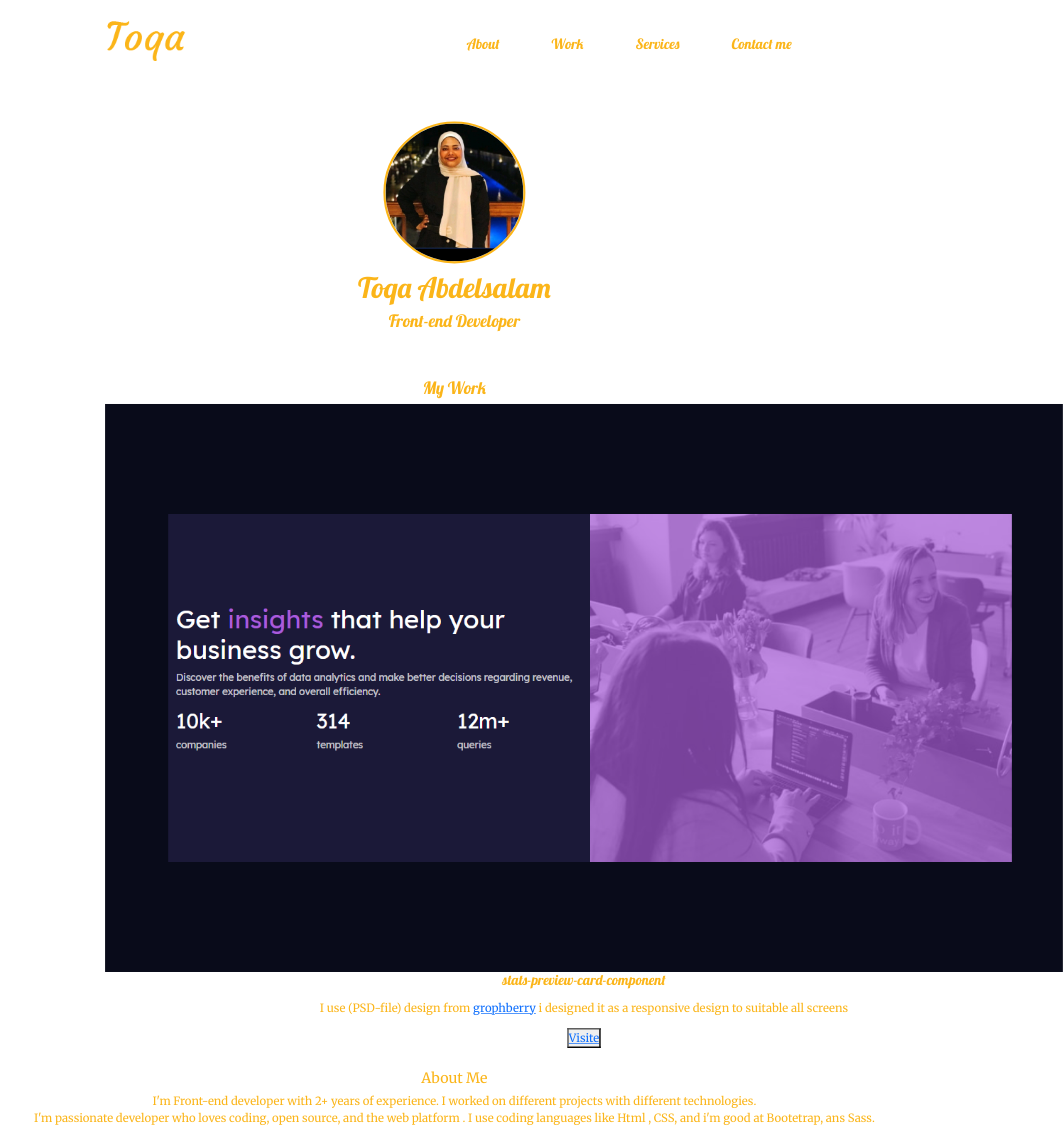
Repository: Toqa-25/portfolio
Page: index.html
The author's editor kept a copy of each file at every save. The page is drawn from the files as they stood at one save, then again after a run of saves.
The browser window is 1280 px wide. The page is 1497 px wide, so the pictures cover 1497 px, including what lies to the right of the window. The pictures show the whole page, at 71% of full size.
Some web fonts or font styles are not loaded; a fallback is used.

Above is the page before, as saved 2021-10-31 18:24:13.

After the next 4 saves:
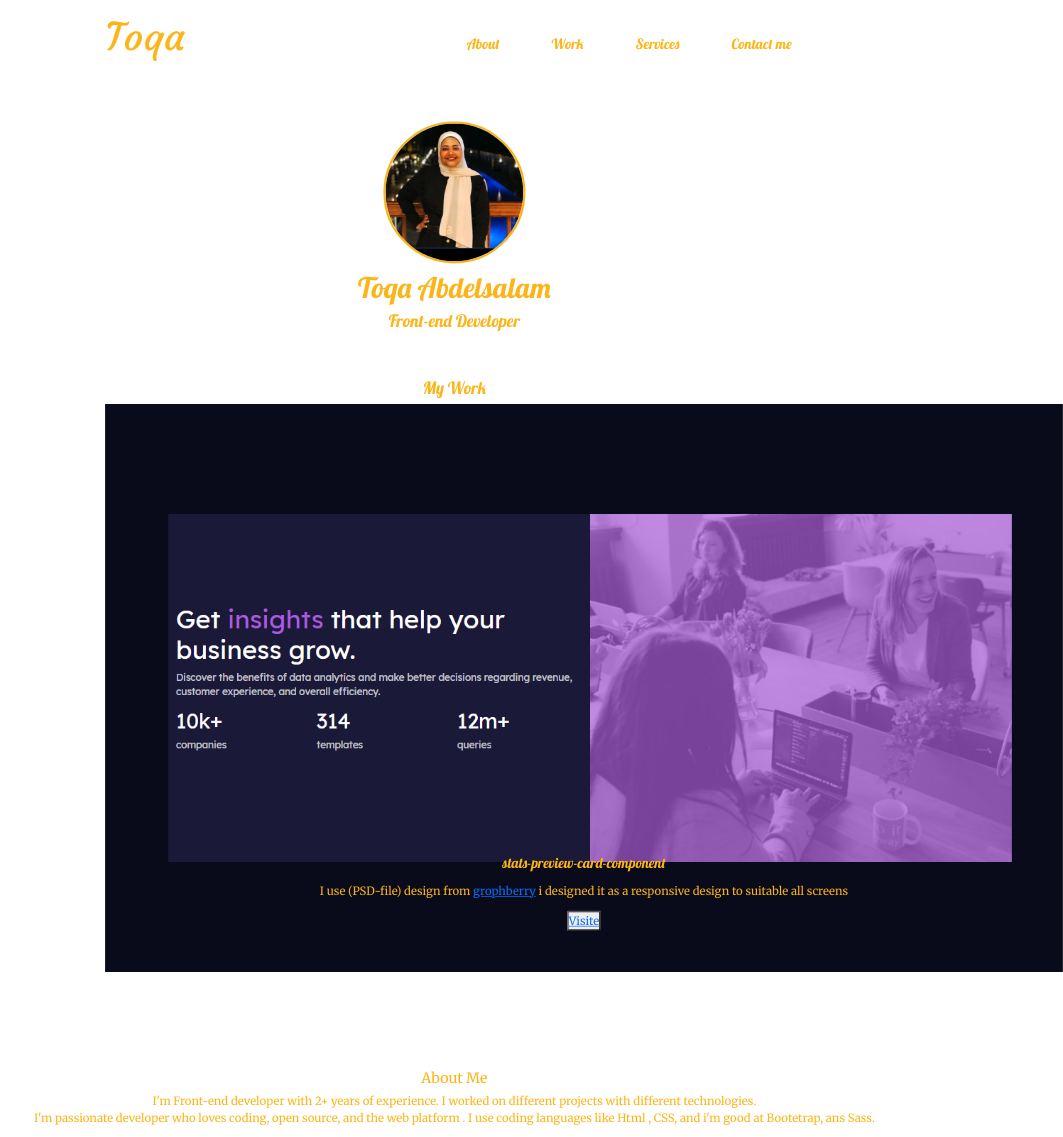
The 4 saves are shown as one change because they came seconds apart.
The last was saved 19 s later.
--- a/css/style.css
+++ b/css/style.css
@@ -158,8 +158,8 @@ body{
 
  }
  .card-img{
-     width:100%
-     he
+     width:100%;
+     height:70%;
  }
 .card {
     width: 100%;
